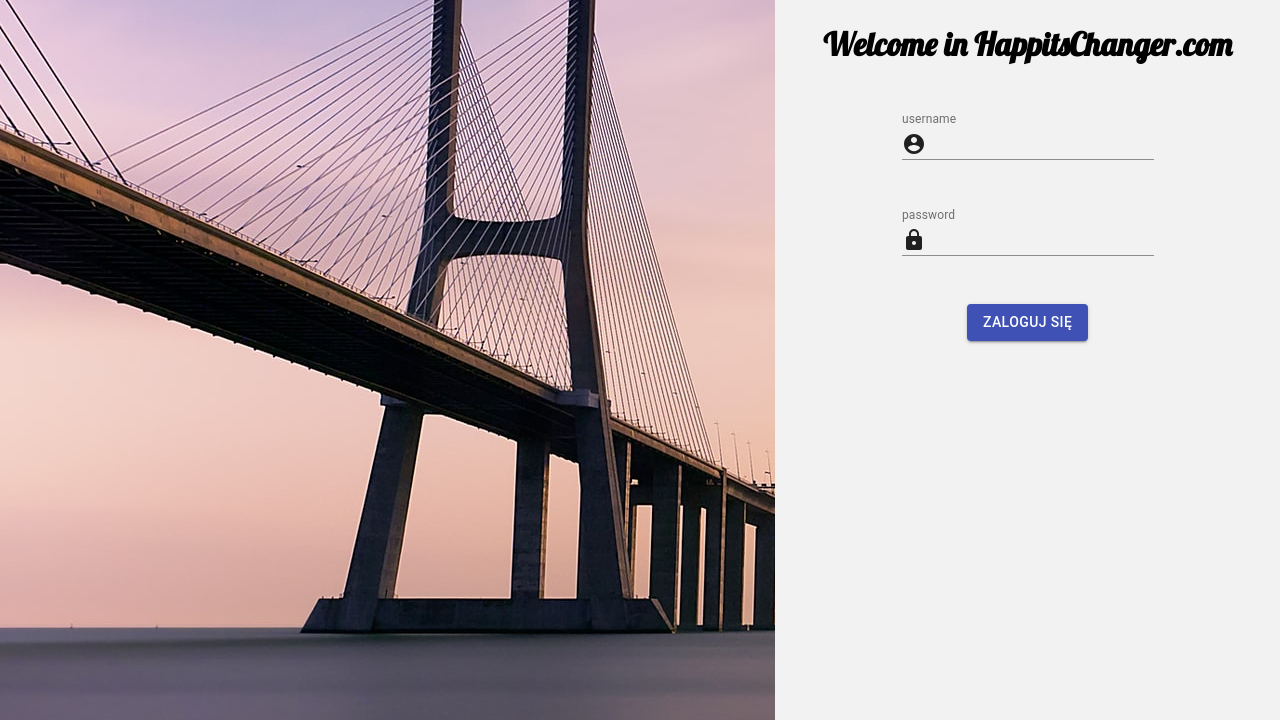
Repository: pgruca96/HappitsChanger
Page: /
An editor plug-in stored every save of this project. The page is shown before and after a run of saves, followed by the edit.
The browser window is 1280 px wide. The pictures show the whole page.
The project was rebuilt for these pictures with package versions that can differ from the ones it lists, and the page was loaded fresh each time.

Above is the page before, as saved 2020-10-24 12:12:26.

### public/index.html
<!DOCTYPE html>
<html lang="en">

<head>
  <meta charset="utf-8" />
  <link rel="icon" href="%PUBLIC_URL%/favicon.ico" />
  <meta name="viewport" content="width=device-width, initial-scale=1" />
  <meta name="theme-color" content="#000000" />
  <meta name="description" content="Web site created using create-react-app" />
  <link href="https://fonts.googleapis.com/css?family=Lobster" rel="stylesheet" type="text/css">
  <link rel="apple-touch-icon" href="%PUBLIC_URL%/logo192.png" />
  <!--
      manifest.json provides metadata used when your web app is installed on a
      user's mobile device or desktop. See https://developers.google.com/web/fundamentals/web-app-manifest/
    -->
  <link rel="manifest" href="%PUBLIC_URL%/manifest.json" />
  <!--
      Notice the use of %PUBLIC_URL% in the tags above.
      It will be replaced with the URL of the `public` folder during the build.
      Only files inside the `public` folder can be referenced from the HTML.

      Unlike "/favicon.ico" or "favicon.ico", "%PUBLIC_URL%/favicon.ico" will
      work correctly both with client-side routing and a non-root public URL.
      Learn how to configure a non-root public URL by running `npm run build`.
    -->
  <title>React App</title>
</head>

<body>
  <noscript>You need to enable JavaScript to run this app.</noscript>
  <div id="root"></div>
  <!--
      This HTML file is a template.
      If you open it directly in the browser, you will see an empty page.

      You can add webfonts, meta tags, or analytics to this file.
      The build step will place the bundled scripts into the <body> tag.

      To begin the development, run `npm start` or `yarn start`.
      To create a production bundle, use `npm run build` or `yarn build`.
    -->
</body>

</html>

### src/App.js
import "./App.css";
import { BrowserRouter as Router, Route } from "react-router-dom";
import LoginPage from "./containers/loginPage";

const App = () => {
  return (
    <div className="app">
      <Router>
        <Route path="/" exact component={LoginPage} />
      </Router>
    </div>
  );
};

export default App;

### src/App.css
*,
*::before,
*::after {
  margin: 0;
  padding: 0;
  box-sizing: border-box;
}

.app {
  min-width: 100vw;
  min-height: 100vh;
}

### src/containers/loginPage/index.js
import React from "react";
import LoginForm from "../../components/form/index";
import { LoginPageContainer } from "../../styles/LoginPage";

const LoginPage = () => {
  return (
    <LoginPageContainer>
      <LoginForm />
    </LoginPageContainer>
  );
};

export default LoginPage;

### src/components/form/index.js
import React from "react";
import TextField from "@material-ui/core/TextField";
import InputAdornment from "@material-ui/core/InputAdornment";
import AccountCircle from "@material-ui/icons/AccountCircle";
import LockIcon from "@material-ui/icons/Lock";
import Button from "@material-ui/core/Button";
import { useStyles } from "../../styles/Form";
import { Header } from "../../styles/h2";

const LoginForm = () => {
  const { form, margin } = useStyles();
  return (
    <form className={form}>
      <Header className={margin}>Welcome in HappitsChanger.com</Header>
      <TextField
        className={margin}
        id="username"
        label="username"
        placement="top"
        InputProps={{
          startAdornment: (
            <InputAdornment position="start">
              <AccountCircle />
            </InputAdornment>
          ),
        }}
      />
      <TextField
        className={margin}
        id="password"
        label="password"
        InputProps={{
          startAdornment: (
            <InputAdornment position="start">
              <LockIcon />
            </InputAdornment>
          ),
        }}
      />
      <Button variant="contained" color="primary" className={margin}>
        Zaloguj się
      </Button>
    </form>
  );
};

export default LoginForm;

### src/styles/LoginPage.js
import styled from "styled-components";
import background from "../assets/login-background.jpg";

export const LoginPageContainer = styled.div`
  display: flex;
  justify-content: flex-end;
  background: url(${background}) left;
  width: 100vw;
  height: 100vh;
`;

### src/styles/Form.js
import { makeStyles } from "@material-ui/core/styles";

export const useStyles = makeStyles((theme) => ({
  form: {
    background: "#f2f2f2",
    display: "flex",
    flexDirection: "column",
    justifyContent: "stretch",
    alignItems: "center",
    // padding: "0 5%",
    // height: "inherit",
  },
  margin: {
    margin: theme.spacing(3, 6),
  },
}));

### src/styles/h2.js
import styled from "styled-components";

export const Header = styled.h2`
  font-family: Lobster, open-sans;
  font-size: 2rem;
  text-align: center;
`;

Loaded but not shown: src/index.js (common file); src/index.css (common file); src/reportWebVitals.js (common file)

After the next 2 saves:
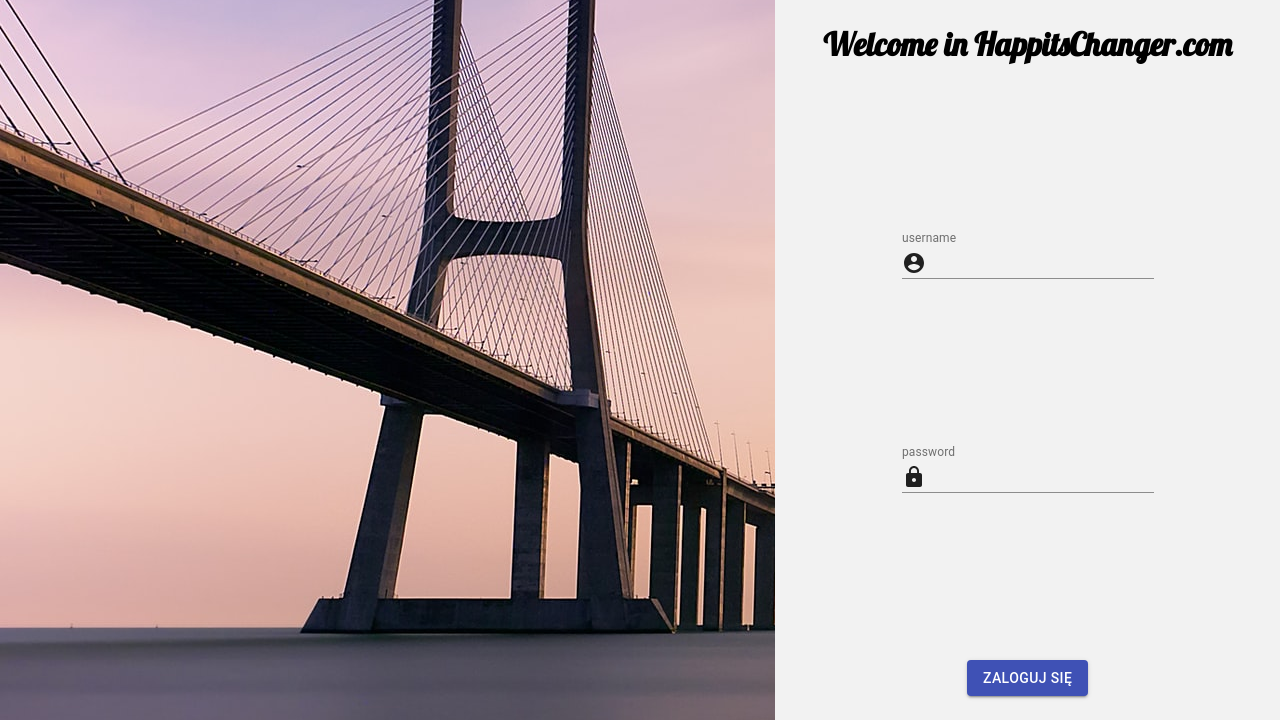
The 2 saves are shown as one change because they came seconds apart.
The last was saved 2 min 38 s later.
--- a/src/styles/Form.js
+++ b/src/styles/Form.js
@@ -5,7 +5,7 @@ export const useStyles = makeStyles((theme) => ({
     background: "#f2f2f2",
     display: "flex",
     flexDirection: "column",
-    justifyContent: "stretch",
+    justifyContent: "space-between",
     alignItems: "center",
     // padding: "0 5%",
     // height: "inherit",
